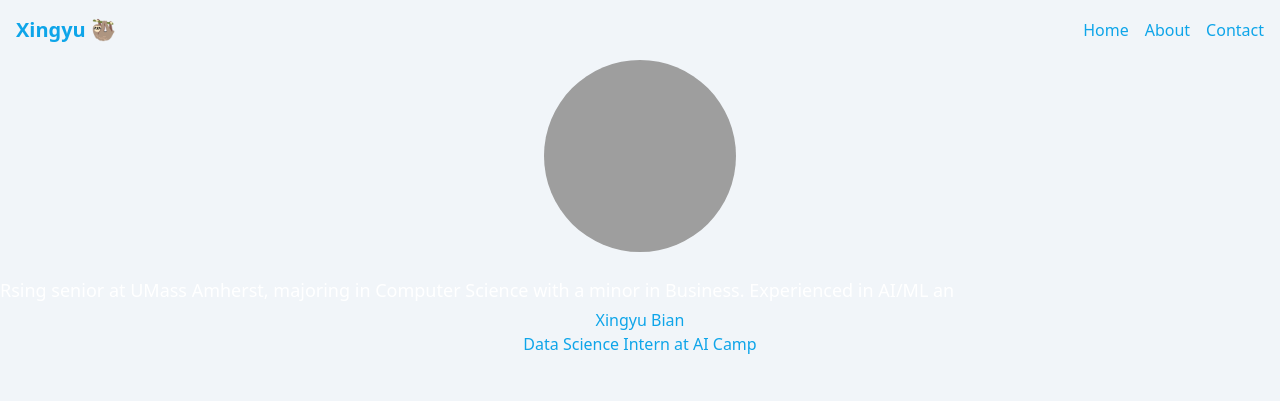
Repository: therealcyberlord/personal-portfolio
Page: /
The author's editor kept a copy of each file at every save. The page is drawn from the files as they stood at one save, then again after the next save.
The browser window is 1280 px wide. The pictures show the whole page.
Pictures or frames that could not be fetched are drawn as grey boxes. The project was rebuilt for these pictures with package versions that can differ from the ones it lists, and the page was loaded fresh each time. Also part of the build but not shown: vite.config.ts, src/pages/About.tsx, src/pages/Contact.tsx.

Above is the page before, as saved 2023-07-23 00:42:30.

After the next save:
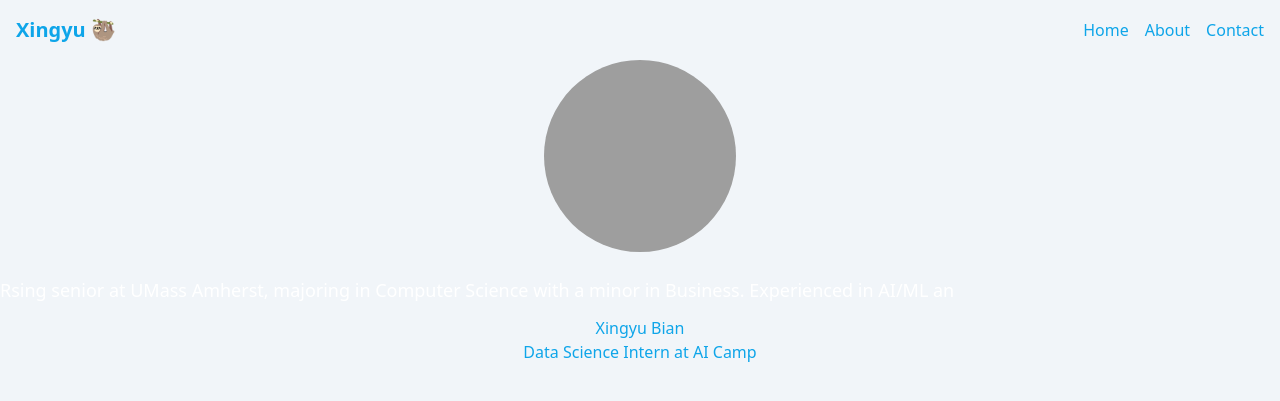
Saved 7 s later.
--- a/src/components/Profile.tsx
+++ b/src/components/Profile.tsx
@@ -48,7 +48,7 @@ const Profile: React.FC<ProfileProps> = ({
           </blockquote>
         </div>
       </figure>
-      <figcaption className="font-medium text-center my-1">
+      <figcaption className="font-medium text-center my-3">
         <div className=" text-sky-500 dark:text-sky-400 font-sans">{name}</div>
         <div className=" text-sky-500 dark:text-sky-400 font-sans">{role}</div>
       </figcaption>
